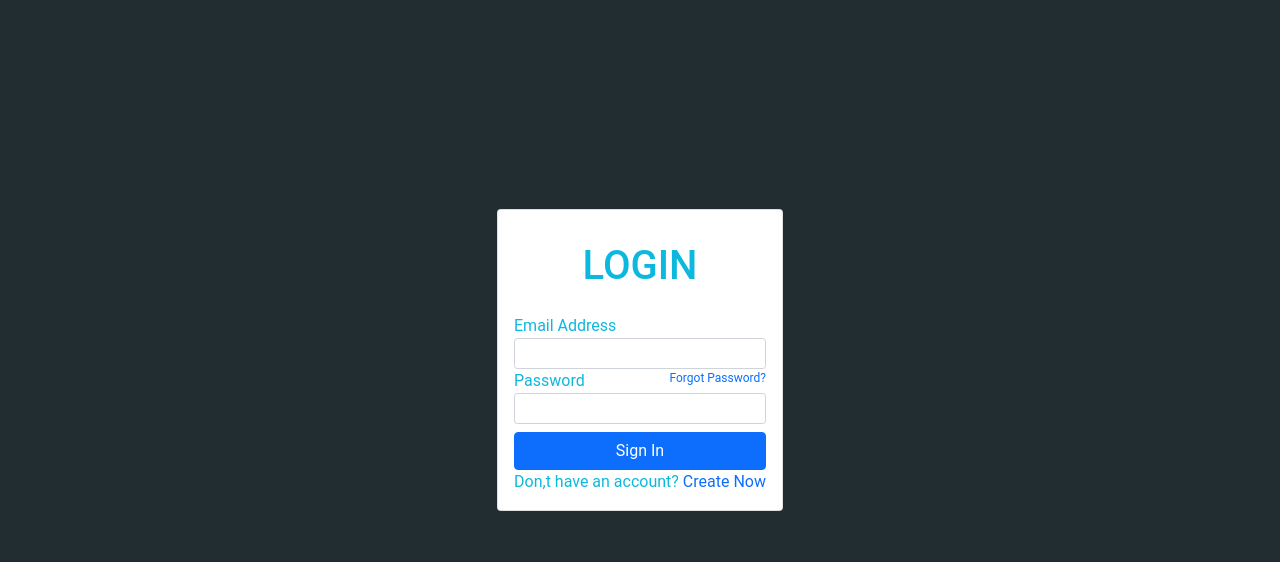
Repository: zjria/Bootstrap_logIn_1
Page: LoginPage/index.html
An editor plug-in stored every save of this project. The page is shown before and after the next save, followed by the edit.
The browser window is 1280 px wide. The pictures show the whole page.

Above is the page before, as saved 2022-06-14 11:42:40.

After the next save:
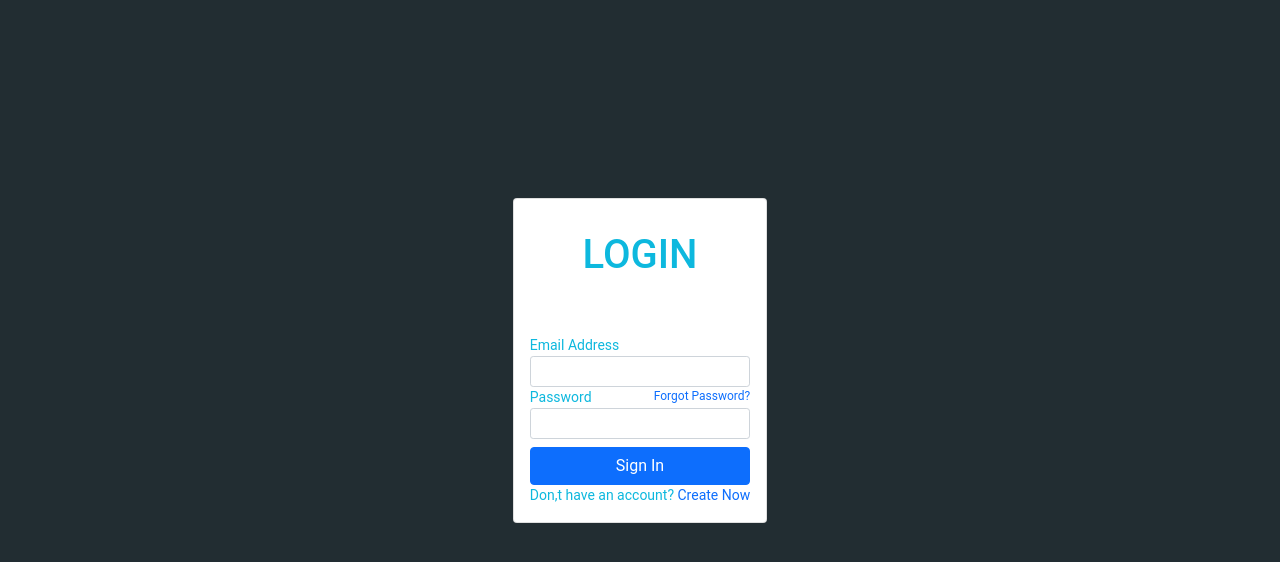
Saved 45 s later.
--- a/LoginPage/style.css
+++ b/LoginPage/style.css
@@ -10,6 +10,8 @@ body, html {
     justify-content: center;
     color: #0db8de;
 }
-.form{
-
+form{
+    padding-top: 10px;
+    margin-top: 30px;
+    font-size: 14px;
 }
